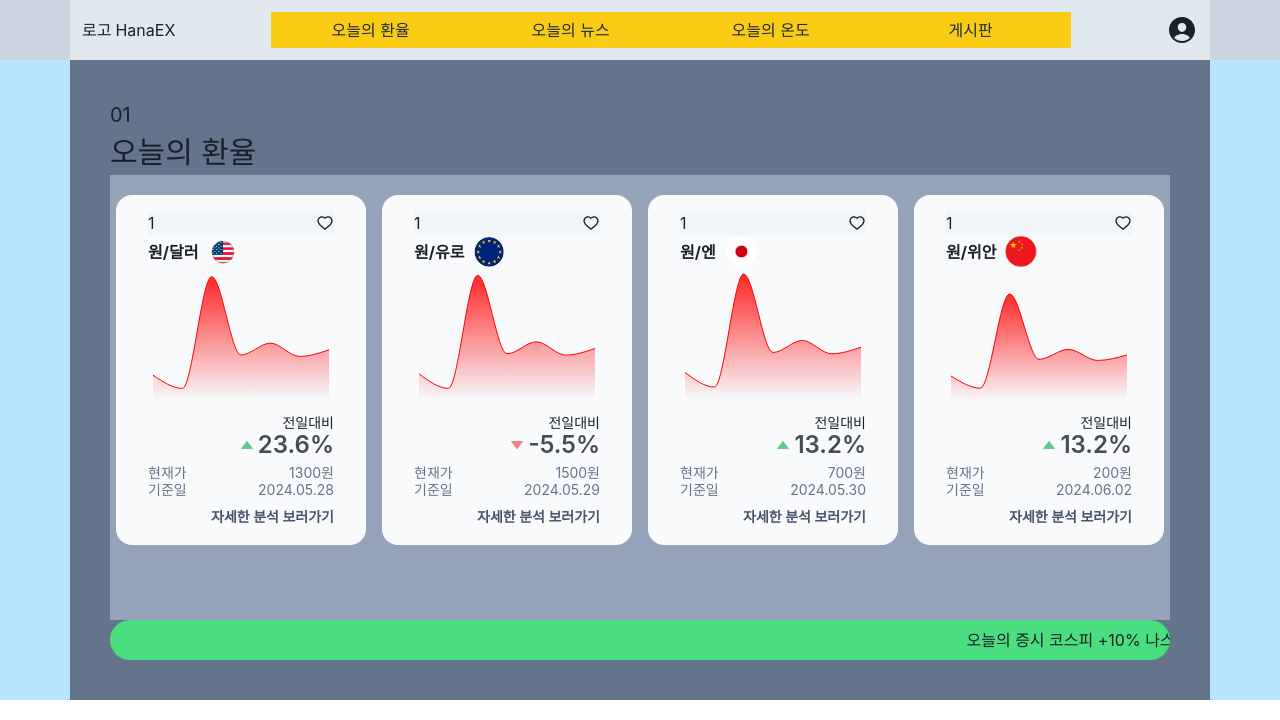
Repository: HANAEX/FRONT
Page: /
An editor plug-in stored every save of this project. The page is shown before and after the next save, followed by the edit.
The browser window is 1280 px wide. The pictures show the whole page.
The project was rebuilt for these pictures with package versions that can differ from the ones it lists, and the page was loaded fresh each time. Also part of the build but not shown: src/pages/LoginPage.js, src/pages/MyPage.js, src/components/Toggle.js, src/components/SementicCard.js, src/pages/SemanticPage.js, src/components/NewsCard.js, src/pages/NewsPage.js, src/components/CloudChart.js and 6 more.

Above is the page before, as saved 2024-08-13 19:50:08.

After the next save:
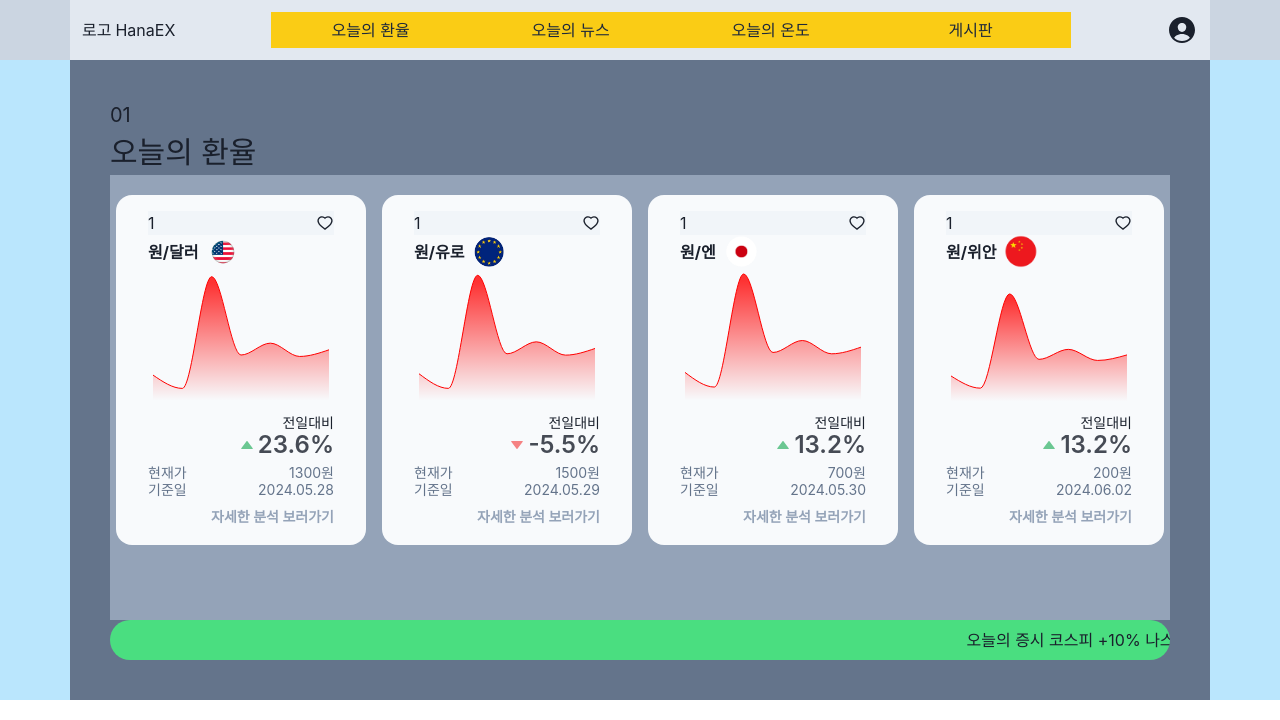
Saved 10 s later.
--- a/src/components/ChartCard.js
+++ b/src/components/ChartCard.js
@@ -74,7 +74,7 @@ const ChartCard = ({ name, increase, imageUrl, currentPrice, date, chartData })
         <Text fontSize='sm' lineHeight={1.2} className='text-slate-500'>기준일</Text>
         <Text fontSize='sm' lineHeight={1.2} className='text-slate-500'>{date}</Text>
       </div>
-      <Link className='text-sm font-semibold flex justify-end text-slate-600 py-2'>자세한 분석 보러가기</Link>
+      <Link className='text-sm font-semibold flex justify-end text-slate-400 py-2'>자세한 분석 보러가기</Link>
     </div>
   )
 }
